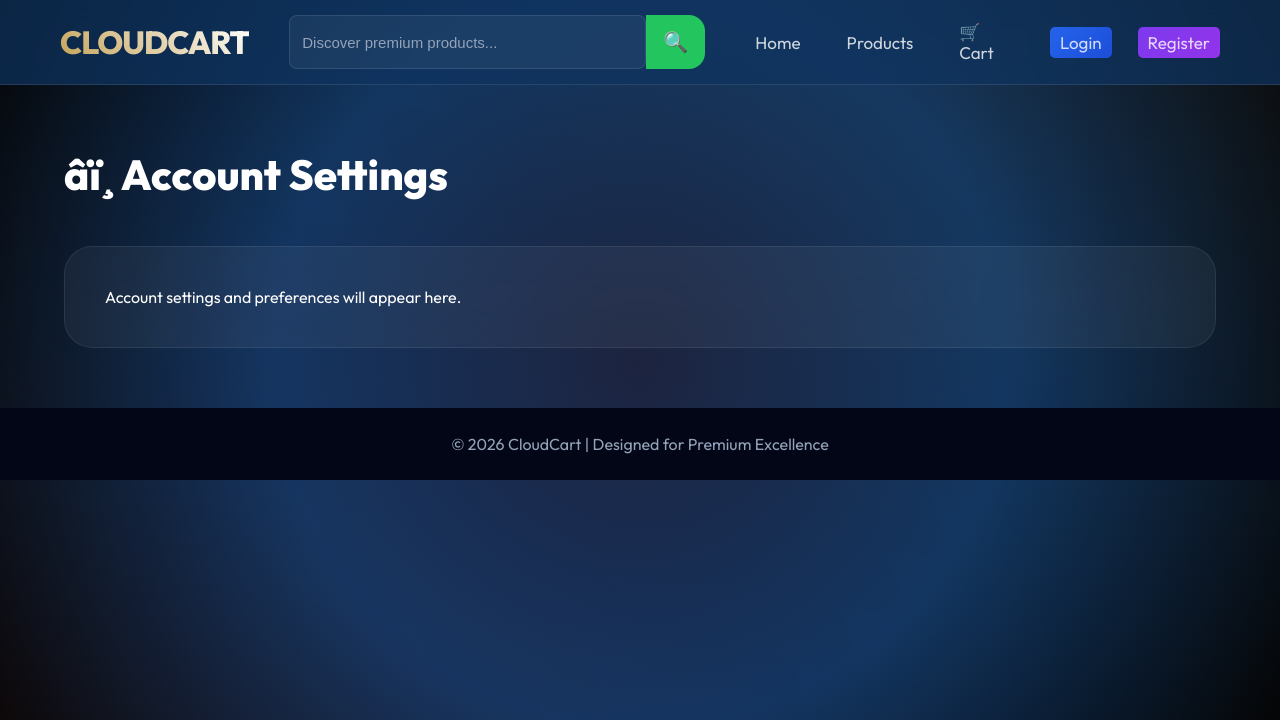
Repository: pradeepkumarh-17/Ecommerce
Page: http://localhost/EcomStore/settings
An editor plug-in stored every save of this project. The page is shown before and after the next save, followed by the edit.
The browser window is 1280 px wide. The pictures show the whole page.
Some web libraries are served in a nearby version. The page is served by Tomcat 10.

Above is the page before, as saved 2026-05-08 17:10:18.

After the next save:
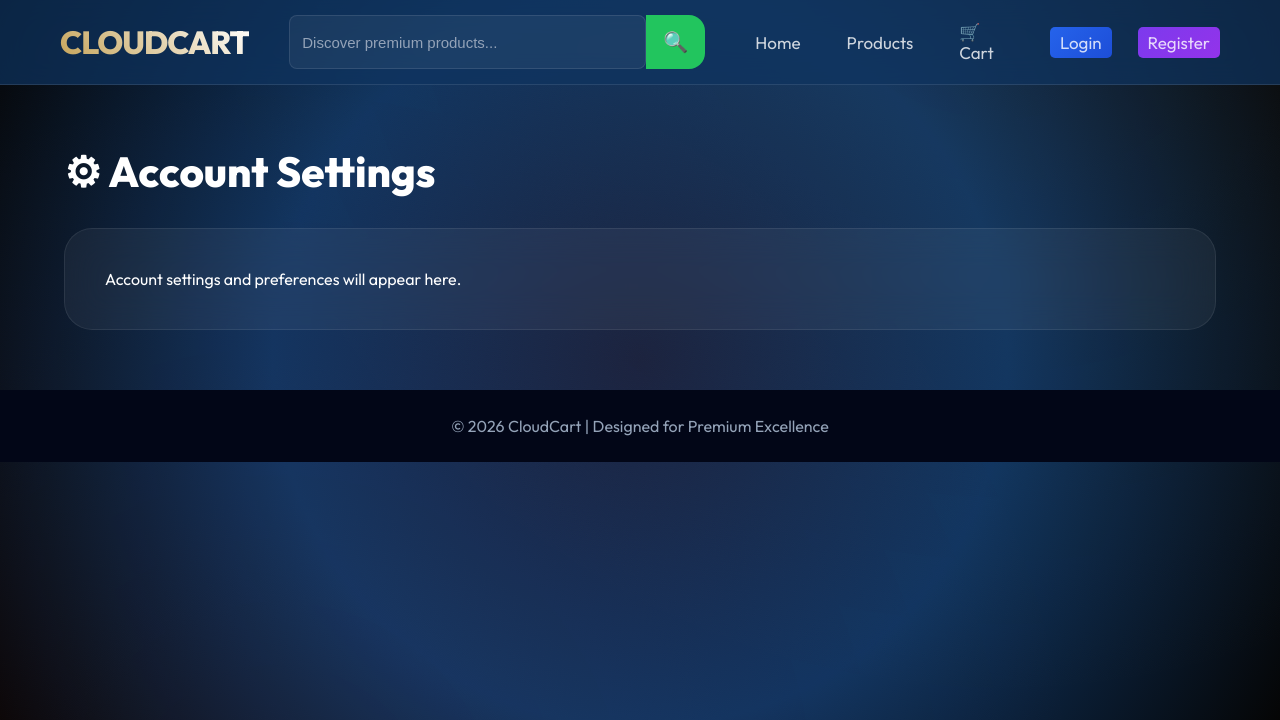
Saved 60 s later.
--- a/EcomStore/src/main/webapp/views/user/settings.jsp
+++ b/EcomStore/src/main/webapp/views/user/settings.jsp
@@ -5,7 +5,7 @@ href="<%= request.getContextPath() %>/assets/css/account.css">
 
 <div class="account-page">
 
-    <h1>⚙️ Account Settings</h1>
+    <h1>&#9881; Account Settings</h1>
 
     <div class="account-card">
 
